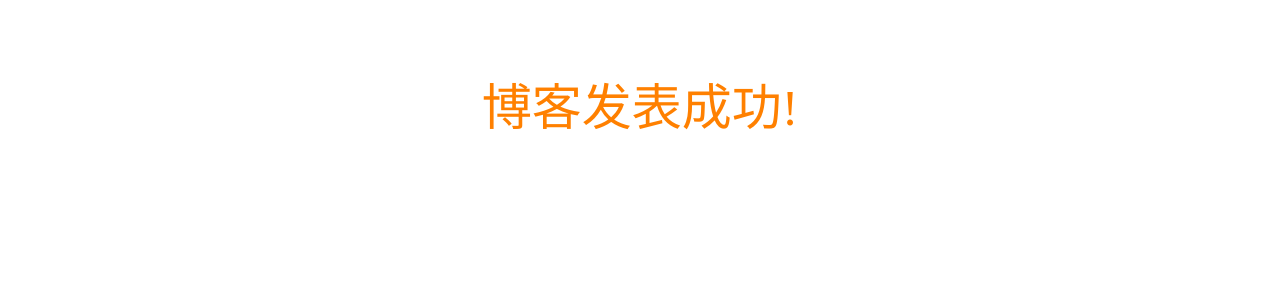
Repository: yxh0/Go
Page: http://localhost/keshe/keshe/addblog.jsp
An editor plug-in stored every save of this project. The page is shown before and after the next save, followed by the edit.
The browser window is 1280 px wide. The pictures show the whole page.
The page is served by Tomcat 9. Other server files are loaded and not shown.

Above is the page before, as saved 2020-06-11 07:33:59.

### SoftwareProjectGo/keshe/WebContent/keshe/addblog.jsp
<%@ page contentType="text/html;charset=gb2312" %>
<!DOCTYPE html>
<html>
<head>
<meta charset="gb2312">
<title>博客发表成功!</title>
<link rel="stylesheet" href="css/blogpostchenggong.css">
</head>
<body>
	<center><a href="blog.jsp" >博客发表成功!</a></center>
</body>
</html>

### SoftwareProjectGo/keshe/WebContent/keshe/css/blogpostchenggong.css
@charset "UTF-8";
a{
	line-height:200px;
	text-align:center;
	font-size:50px;
	text-decoration: none;
	color: #ff8000;
}
a:hover{
	line-height:200px;
	text-align:center;
	font-size:60px;
	text-decoration: none;
	color: #ff0000;
}

After the next save:
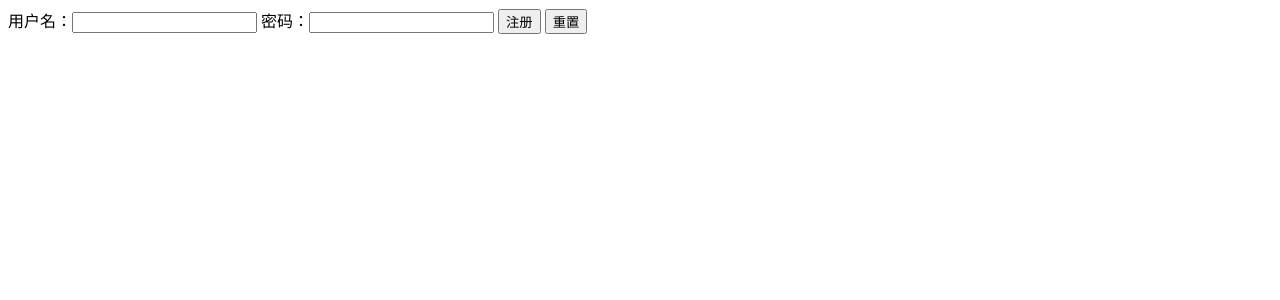
Saved 101 min 58 s later.
--- a/SoftwareProjectGo/keshe/WebContent/keshe/addblog.jsp
+++ b/SoftwareProjectGo/keshe/WebContent/keshe/addblog.jsp
@@ -1,3 +1,4 @@
+<%--
 <%@ page contentType="text/html;charset=gb2312" %>
 <!DOCTYPE html>
 <html>
@@ -10,3 +11,21 @@
 	<center><a href="blog.jsp" >博客发表成功!</a></center>
 </body>
 </html>
+--%>
+<%@ page language="java" contentType="text/html; charset=GBK"
+    pageEncoding="GBK"%>
+<!DOCTYPE html PUBLIC "-//W3C//DTD HTML 4.01 Transitional//EN" "http://www.w3.org/TR/html4/loose.dtd">
+<html>
+<head>
+<meta http-equiv="Content-Type" content="text/html; charset=GBK">
+<title>注册页面</title>
+</head>
+<body>
+<form method = "POST" action = "registdo.jsp">
+用户名：<input type = "text" name= "username">
+密码：<input type = "password" name = "userpass">
+<input type = "submit" value = "注册">
+<input type = "reset" value = "重置">
+</form>
+</body>
+</html>

After the save that followed:
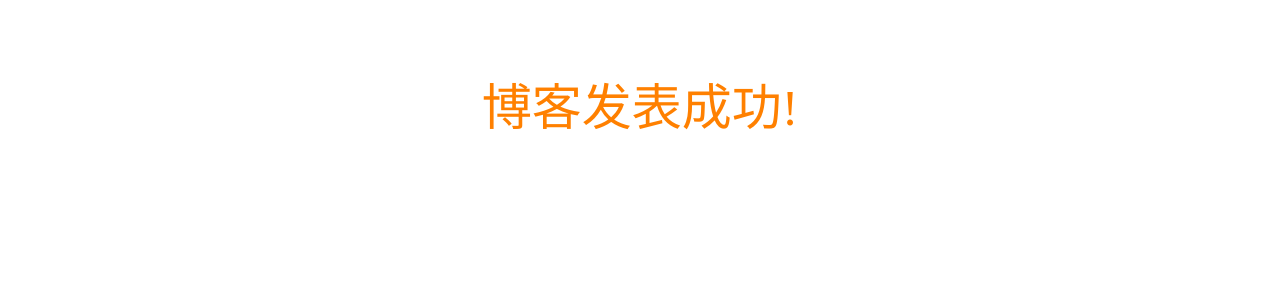
Saved 19 s later.
--- a/SoftwareProjectGo/keshe/WebContent/keshe/addblog.jsp
+++ b/SoftwareProjectGo/keshe/WebContent/keshe/addblog.jsp
@@ -1,4 +1,3 @@
-<%--
 <%@ page contentType="text/html;charset=gb2312" %>
 <!DOCTYPE html>
 <html>
@@ -11,21 +10,3 @@
 	<center><a href="blog.jsp" >博客发表成功!</a></center>
 </body>
 </html>
---%>
-<%@ page language="java" contentType="text/html; charset=GBK"
-    pageEncoding="GBK"%>
-<!DOCTYPE html PUBLIC "-//W3C//DTD HTML 4.01 Transitional//EN" "http://www.w3.org/TR/html4/loose.dtd">
-<html>
-<head>
-<meta http-equiv="Content-Type" content="text/html; charset=GBK">
-<title>注册页面</title>
-</head>
-<body>
-<form method = "POST" action = "registdo.jsp">
-用户名：<input type = "text" name= "username">
-密码：<input type = "password" name = "userpass">
-<input type = "submit" value = "注册">
-<input type = "reset" value = "重置">
-</form>
-</body>
-</html>
